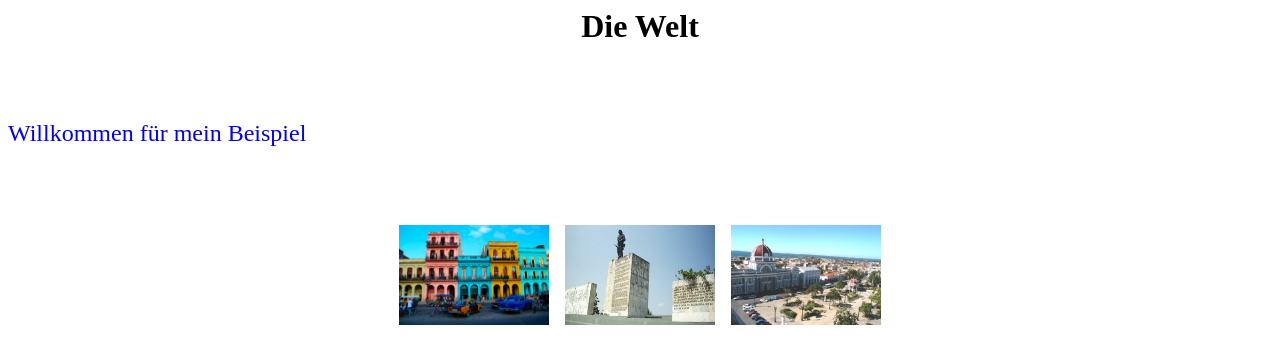
Repository: dasafo/PHP_MySQL_curso
Page: http://localhost/Practica1_42/cuba.php
The author's editor kept a copy of each file at every save. The page is drawn from the files as they stood at one save, then again after the next save.
The browser window is 1280 px wide. The pictures show the whole page.
The page is run by PHP 8.4 with error messages shown; the project is at /var/www/html/.

Above is the page before, as saved 2018-11-10 18:19:04.

After the next save:
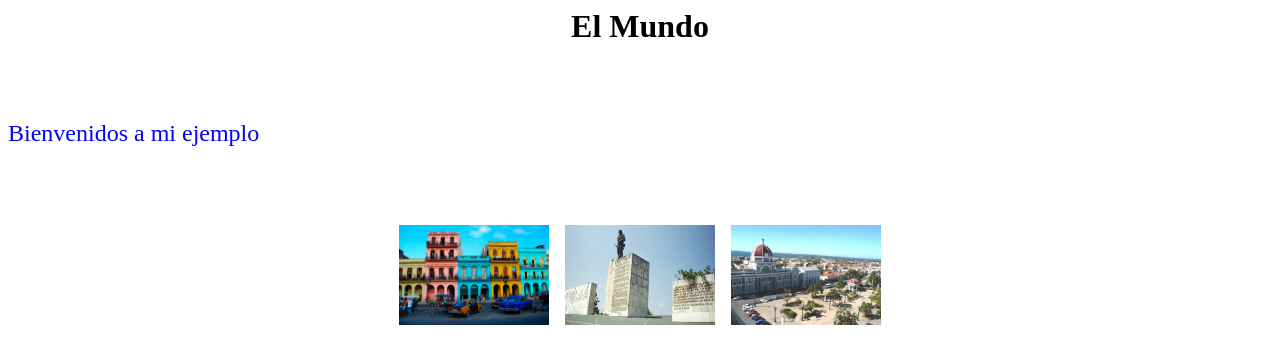
Saved 43 s later.
--- a/Sesiones&Cookies/Practica1_42/cuba.php
+++ b/Sesiones&Cookies/Practica1_42/cuba.php
@@ -26,9 +26,9 @@
 
 <body>
 
-	<h1>Die Welt</h1>
+	<h1>El Mundo</h1>
 	<p>&nbsp</p>
-	<p>Willkommen für mein Beispiel</p>
+	<p>Bienvenidos a mi ejemplo</p>
     <p>&nbsp</p>
 
 
